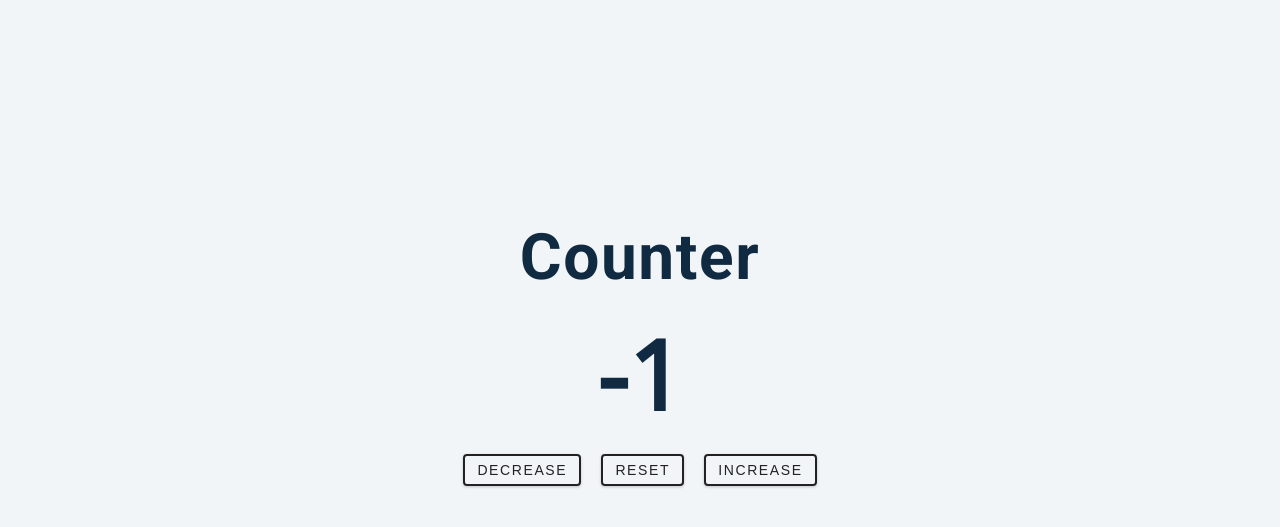
Repository: mosesvk/javascript-basic-projects
Page: 02-counter/setup/index.html
An editor plug-in stored every save of this project. The page is shown before and after the next save, followed by the edit.
The browser window is 1280 px wide. The pictures show the whole page.
After loading, the first visible `button.btn` was clicked once.

Above is the page before, as saved 2023-08-24 21:34:22.

### 02-counter/setup/styles.css
/*
===============
Fonts
===============
*/
@import url("https://fonts.googleapis.com/css?family=Open+Sans|Roboto:400,700&display=swap");

/*
===============
Variables
===============
*/

:root {
  /* dark shades of primary color*/
  --clr-primary-1: hsl(205, 86%, 17%);
  --clr-primary-2: hsl(205, 77%, 27%);
  --clr-primary-3: hsl(205, 72%, 37%);
  --clr-primary-4: hsl(205, 63%, 48%);
  /* primary/main color */
  --clr-primary-5: hsl(205, 78%, 60%);
  /* lighter shades of primary color */
  --clr-primary-6: hsl(205, 89%, 70%);
  --clr-primary-7: hsl(205, 90%, 76%);
  --clr-primary-8: hsl(205, 86%, 81%);
  --clr-primary-9: hsl(205, 90%, 88%);
  --clr-primary-10: hsl(205, 100%, 96%);
  /* darkest grey - used for headings */
  --clr-grey-1: hsl(209, 61%, 16%);
  --clr-grey-2: hsl(211, 39%, 23%);
  --clr-grey-3: hsl(209, 34%, 30%);
  --clr-grey-4: hsl(209, 28%, 39%);
  /* grey used for paragraphs */
  --clr-grey-5: hsl(210, 22%, 49%);
  --clr-grey-6: hsl(209, 23%, 60%);
  --clr-grey-7: hsl(211, 27%, 70%);
  --clr-grey-8: hsl(210, 31%, 80%);
  --clr-grey-9: hsl(212, 33%, 89%);
  --clr-grey-10: hsl(210, 36%, 96%);
  --clr-white: #fff;
  --clr-red-dark: hsl(360, 67%, 44%);
  --clr-red-light: hsl(360, 71%, 66%);
  --clr-green-dark: hsl(125, 67%, 44%);
  --clr-green-light: hsl(125, 71%, 66%);
  --clr-black: #222;
  --ff-primary: "Roboto", sans-serif;
  --ff-secondary: "Open Sans", sans-serif;
  --transition: all 0.3s linear;
  --spacing: 0.1rem;
  --radius: 0.25rem;
  --light-shadow: 0 5px 15px rgba(0, 0, 0, 0.1);
  --dark-shadow: 0 5px 15px rgba(0, 0, 0, 0.2);
  --max-width: 1170px;
  --fixed-width: 620px;
}
/*
===============
Global Styles
===============
*/

*,
::after,
::before {
  margin: 0;
  padding: 0;
  box-sizing: border-box;
}
body {
  font-family: var(--ff-secondary);
  background: var(--clr-grey-10);
  color: var(--clr-grey-1);
  line-height: 1.5;
  font-size: 0.875rem;
}
ul {
  list-style-type: none;
}
a {
  text-decoration: none;
}
h1,
h2,
h3,
h4 {
  letter-spacing: var(--spacing);
  text-transform: capitalize;
  line-height: 1.25;
  margin-bottom: 0.75rem;
  font-family: var(--ff-primary);
}
h1 {
  font-size: 3rem;
}
h2 {
  font-size: 2rem;
}
h3 {
  font-size: 1.25rem;
}
h4 {
  font-size: 0.875rem;
}
p {
  margin-bottom: 1.25rem;
  color: var(--clr-grey-5);
}
@media screen and (min-width: 800px) {
  h1 {
    font-size: 4rem;
  }
  h2 {
    font-size: 2.5rem;
  }
  h3 {
    font-size: 1.75rem;
  }
  h4 {
    font-size: 1rem;
  }
  body {
    font-size: 1rem;
  }
  h1,
  h2,
  h3,
  h4 {
    line-height: 1;
  }
}
/*  global classes */

/* section */
.section {
  padding: 5rem 0;
}

.section-center {
  width: 90vw;
  margin: 0 auto;
  max-width: 1170px;
}
@media screen and (min-width: 992px) {
  .section-center {
    width: 95vw;
  }
}
main {
  min-height: 100vh;
  display: grid;
  place-items: center;
}

/*
===============
Counter
===============
*/

main {
  min-height: 100vh;
  display: grid;
  place-items: center;
}
.container {
  text-align: center;
}
#value {
  font-size: 6rem;
  font-weight: bold;
}
.btn {
  text-transform: uppercase;
  background: transparent;
  color: var(--clr-black);
  padding: 0.375rem 0.75rem;
  letter-spacing: var(--spacing);
  display: inline-block;
  transition: var(--transition);
  font-size: 0.875rem;
  border: 2px solid var(--clr-black);
  cursor: pointer;
  box-shadow: 0 1px 3px rgba(0, 0, 0, 0.2);
  border-radius: var(--radius);
  margin: 0.5rem;
}
.btn:hover {
  color: var(--clr-white);
  background: var(--clr-black);
}

### 02-counter/setup/app.js
let count = 0

const value = document.querySelector('#value')
const buttons = document.querySelectorAll('.btn')
let color = 'black'

buttons.forEach((btn) => {
    btn.addEventListener('click', (e) => {
        const styles = e.currentTarget.classList

        if (styles.contains('decrease')) {
            count -= 1
        } else if (styles.contains('increase')) {
            count += 1
        } else {
            count = 0
        }

        if (count > 0) {

        }

        console.log(value.style)
        value.textContent = count
    })
})

Loaded but not shown: 02-counter/setup/index.html (common file)

After the next save:
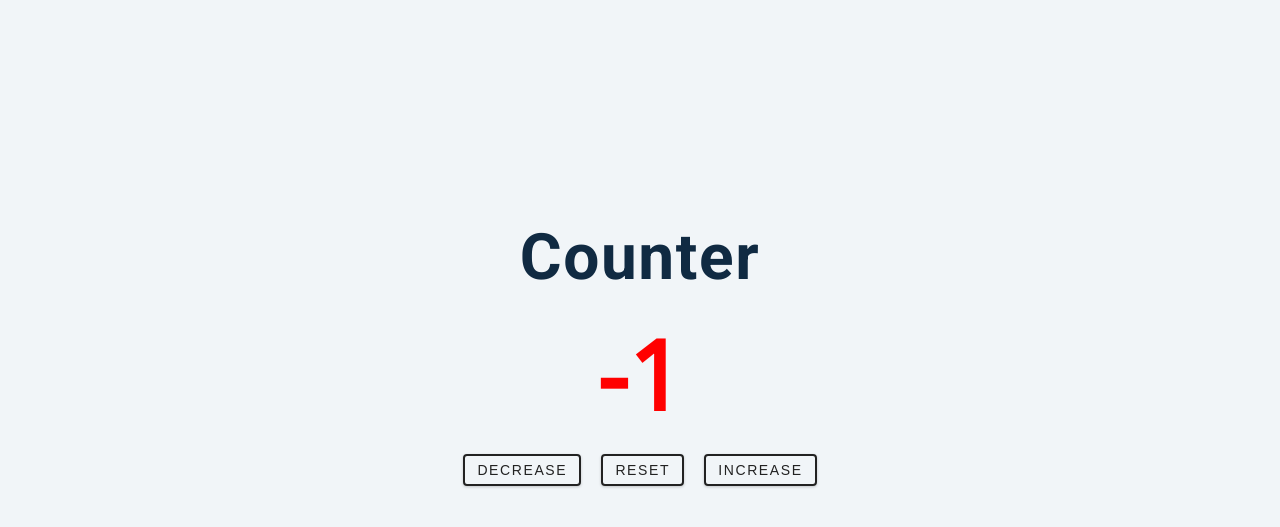
Saved 90 s later.
--- a/02-counter/setup/app.js
+++ b/02-counter/setup/app.js
@@ -2,7 +2,7 @@ let count = 0
 
 const value = document.querySelector('#value')
 const buttons = document.querySelectorAll('.btn')
-let color = 'black'
+let color;
 
 buttons.forEach((btn) => {
     btn.addEventListener('click', (e) => {
@@ -17,10 +17,14 @@ buttons.forEach((btn) => {
         }
 
         if (count > 0) {
-
+            color = 'green'
+        } else if (count < 0) {
+            color = 'red'
+        } else {
+            color = 'black'
         }
 
-        console.log(value.style)
+        value.style.color = color
         value.textContent = count
     })
 })
